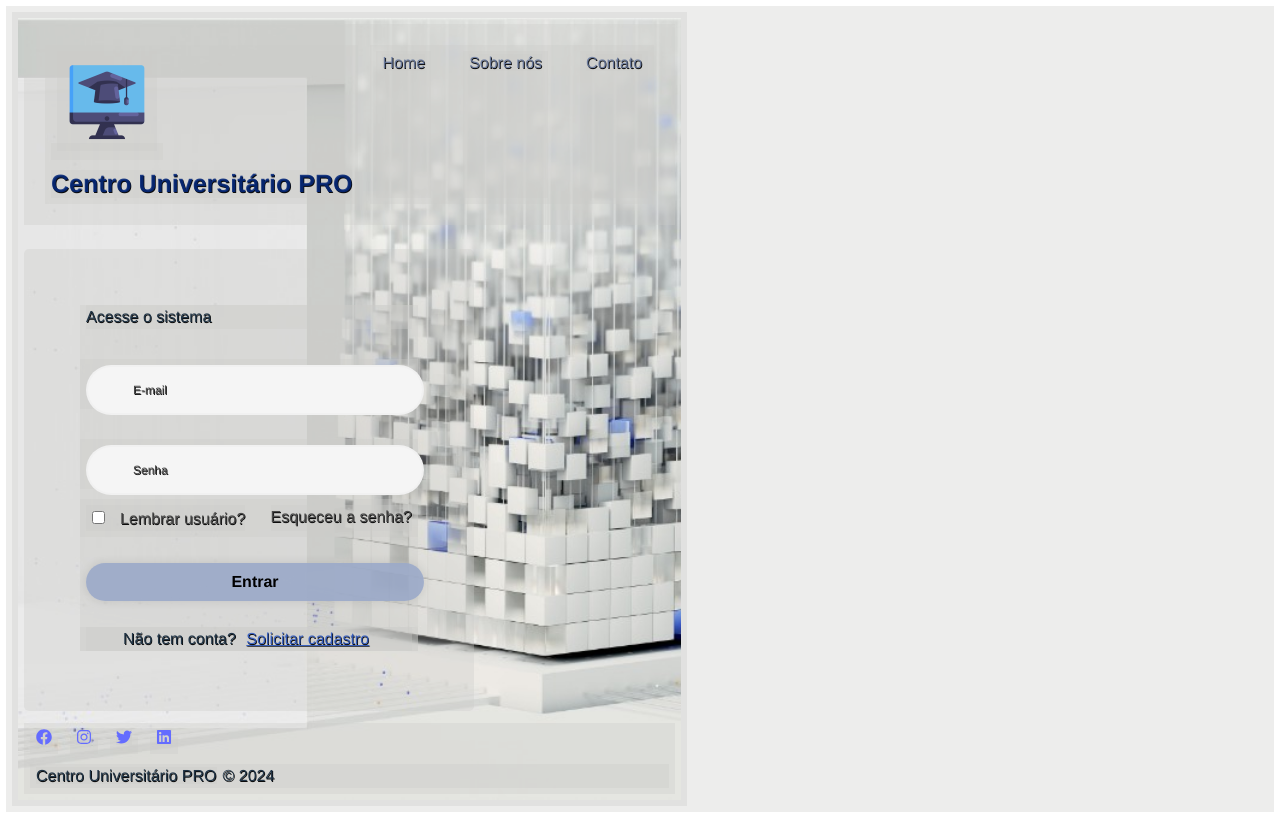
Repository: DanuziaRA/Cadastros-de-Usuarios
Page: /
An editor plug-in stored every save of this project. The page is shown before and after the next save, followed by the edit.
The browser window is 1280 px wide. The pictures show the whole page.
The project was rebuilt for these pictures with package versions that can differ from the ones it lists, and the page was loaded fresh each time. Also part of the build but not shown: vite.config.js, src/components/Footer.css, src/router/Contact.jsx, src/router/ErrorPage.jsx, src/router/ContactDetails.jsx, src/router/Company.jsx, src/router/Forget.jsx, src/router/Cadastro.jsx.

Above is the page before, as saved 2024-10-01 12:46:40.

After the next save:
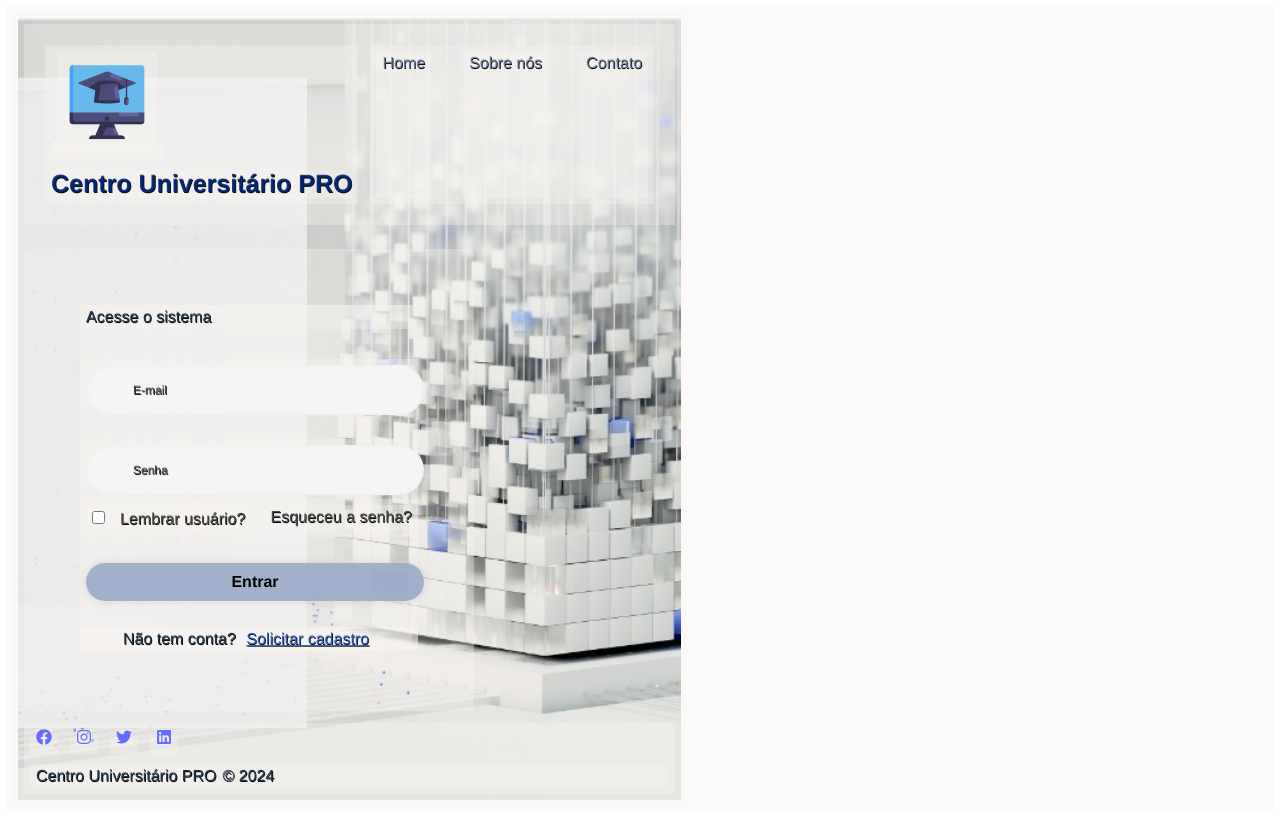
Saved 10 s later.
--- a/src/App.css
+++ b/src/App.css
@@ -5,7 +5,7 @@
   font-family: Helvetica;
   font-size: 16px;
   text-shadow: #0c0c0c 0.7px 0.7px;
-  background-color:rgba(202, 201, 200, 0.342);
+  background-color:rgba(246, 243, 241, 0.342);
 }
 .App{
   display: flex;
